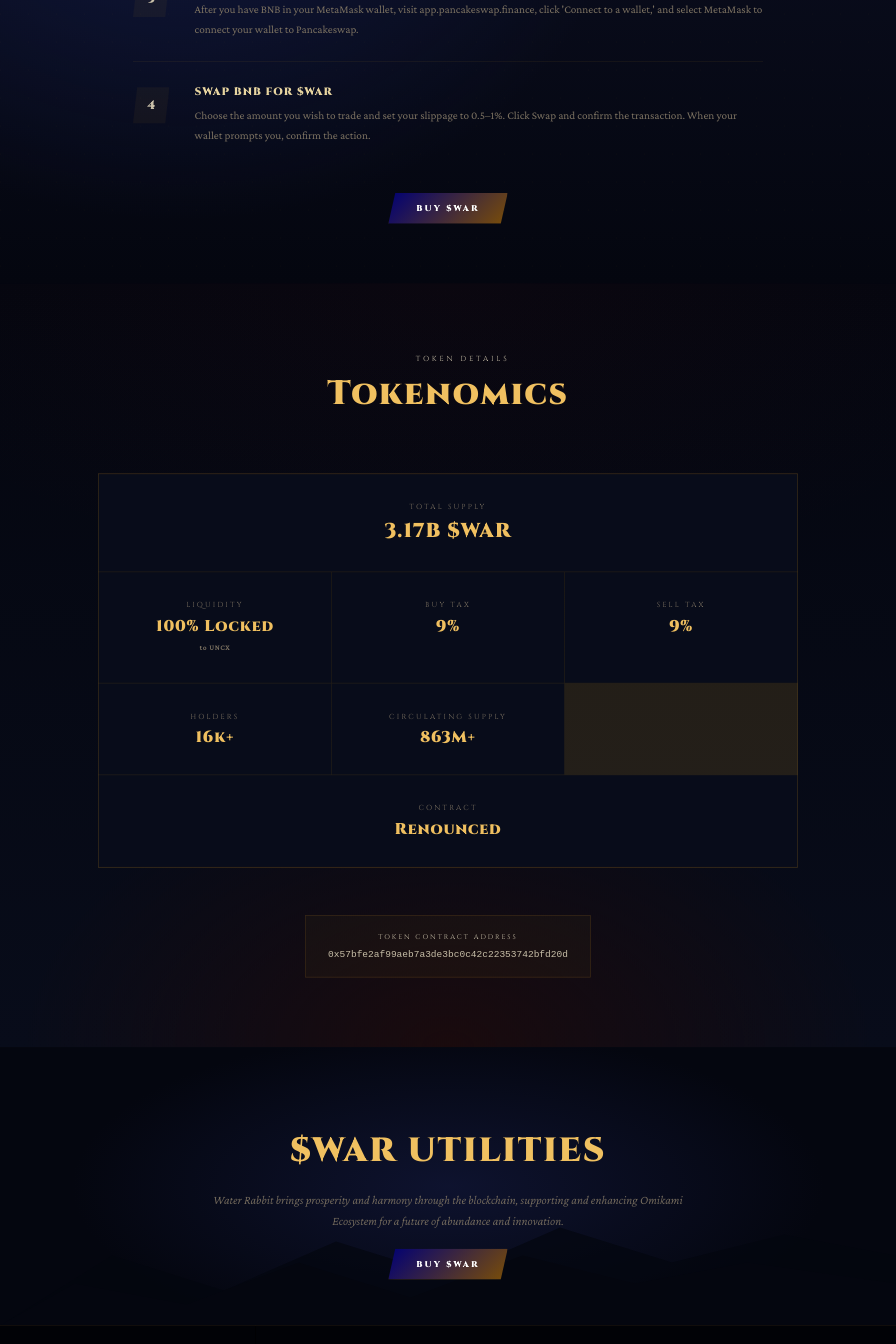
Repository: joshuaonazi/waterrabbit
Page: index.html
The author's editor kept a copy of each file at every save. The page is drawn from the files as they stood at one save, then again after the next save.
The browser window is 1280 px wide. The pictures show the part of the page from y = 2499 to 4419 px (the page is 4485 px tall), at 70% of full size.

Above is the page before, as saved 2026-04-24 21:11:51.

### index.html
<!DOCTYPE html>
<html lang="en">

<head>
    <meta charset="UTF-8" />
    <meta name="viewport" content="width=device-width, initial-scale=1.0" />
    <title>WATER RABBIT</title>
    <link rel="preconnect" href="https://fonts.googleapis.com">
    <link href="https://fonts.googleapis.com/css2?family=Cinzel:wght@400;600;900&family=Crimson+Pro:ital,wght@0,300;0,400;1,300&display=swap" rel="stylesheet">
    <link rel="stylesheet" href="styles.css">
</head>

<body>

    <!-- NAVBAR -->
    <nav>
        <a href="#" class="nav-logo">
            <img src="/assets/Rabbit.png" alt="Water Rabbit Logo" />
        </a>
        <ul class="nav-links">
            <li><a href="#about">About</a></li>
            <li><a href="#buy">How to Buy</a></li>
            <li><a href="#tokenomics">Tokenomics</a></li>
            <li><a href="#footer-cta">Utilities</a></li>
            <li><a href="/assets/Water-Rabbit-English-wp.pdf" target="_blank">Whitepaper</a></li>
        </ul>
        <a href="https://pancakeswap.finance/swap?outputCurrency=0x57bfe2af99aeb7a3de3bc0c42c22353742bfd20d" target="_blank" class="btn-buy">Buy Now</a>
        <button class="hamburger" aria-label="Toggle menu">
            <span></span>
            <span></span>
            <span></span>
        </button>
    </nav>

    <!-- HERO -->
    <section id="hero">
        <div class="hero-sky"></div>
        <div class="stars"></div>
        <div class="moon"></div>
        <div class="hero-coin"></div>

        <!-- Mountain silhouettes -->
        <div class="mountains">
            <svg viewBox="0 0 1440 400" xmlns="http://www.w3.org/2000/svg" preserveAspectRatio="none" style="width:100%;height:100%;position:absolute;bottom:0;">
      <defs>
        <linearGradient id="mtn1" x1="0" y1="0" x2="0" y2="1">
          <stop offset="0%" stop-color="#0f1a2e"/>
          <stop offset="100%" stop-color="#070c18"/>
        </linearGradient>
        <linearGradient id="mtn2" x1="0" y1="0" x2="0" y2="1">
          <stop offset="0%" stop-color="#0a1220"/>
          <stop offset="100%" stop-color="#04060f"/>
        </linearGradient>
        <linearGradient id="mtn3" x1="0" y1="0" x2="0" y2="1">
          <stop offset="0%" stop-color="#060d1a"/>
          <stop offset="100%" stop-color="#04060f"/>
        </linearGradient>
      </defs>
      <!-- Far mountains -->
      <polygon points="0,400 200,180 380,280 560,150 720,240 900,120 1100,200 1280,160 1440,220 1440,400" fill="url(#mtn1)" opacity="0.6"/>
      <!-- Mid mountains -->
      <polygon points="0,400 150,250 350,320 500,210 680,300 820,180 1000,260 1200,190 1440,270 1440,400" fill="url(#mtn2)" opacity="0.85"/>
      <!-- Near mountains -->
      <polygon points="0,400 100,310 300,360 450,280 600,350 800,260 1000,330 1200,280 1440,320 1440,400" fill="url(#mtn3)"/>
      <!-- Ground -->
      <rect x="0" y="380" width="1440" height="20" fill="#04060f"/>
    </svg>
        </div>

        <div class="hero-content">
            <div class="hero-eyebrow">Guardian of Omikami Ecosystem</div>
            <h1 class="hero-title">Water Rabbit</h1>
            <p class="hero-subtitle">Dragon of the Blockchain</p>
            <p class="hero-desc">
                Water Rabbit brings prosperity and harmony through the blockchain, supporting and enhancing Omikami Ecosystem for a future of abundance and innovation.
            </p>
            <div class="hero-cta-group">
                <a href="https://pancakeswap.finance/swap?outputCurrency=0x57bfe2af99aeb7a3de3bc0c42c22353742bfd20d" target="_blank" class="btn-primary">Buy WAR</a>
                <a href="#about" class="btn-ghost">View Info</a>
            </div>
        </div>
    </section>

    <!-- ABOUT -->
    <section id="about">
        <div class="about-grid">
            <div class="about-text fade-up">
                <div class="section-label">Origins</div>
                <h2 class="section-title">About <br>Water Rabbit</h2>
                <div class="divider"></div>
                <p>
                    Water Rabbit ($WAR) is a deflationary token on Binance Smart Chain, launched in the year 2022 by Shanvere DAO. Its name draws from the Chinese Lunar Calendar (The Year of The Water Rabbit) and the Zodiac Jade Rabbit's symbolism of patience, endurance, and transformation is woven into the project's long-term philosophy.
                </p>
                <p>
                    From its first day, the project positioned itself against the meme-coin stereotype. The core mission is to evolve $WAR into a functioning digital currency — one that operates as a medium of exchange, a store of value, and a unit of account. These are the three classical functions of money. Three years after launching at a $755 market cap, the project is still here, still building, and still on track.
                </p>

                <div class="about-features">
                    <div class="feature-item">
                        <h4>Security Architecture</h4>
                        <p>
                            <li> Ownership Renounced: The deployer wallet permanently surrendered contract control.</li>
                            <li> Liquidity Locked: 99% of the liquidity pool is locked on UNCX.</li>
                            <li> Contract Audited: Independent security review completed with no major issues identified.</li>
                            <li> Verified on BscScan: Full source code is publicly visible. No hidden functions, no backdoors.</li>
                        </p>
                    </div>
                    <div class="feature-item">
                        <h4>No Presale · Zero Taxes · Liquidity Locked</h4>
                        <p>Water Rabbit brings prosperity and harmony through the blockchain, supporting and enhancing Omikami Ecosystem for a future of abundance and innovation.</p>
                    </div>
                </div>
            </div>

            <div class="about-visual fade-up">
                <div class="dragon-orb">
                    <span class="dragon-kanji">龍</span>
                </div>
            </div>
        </div>
    </section>

    <!-- HOW TO BUY -->
    <section id="buy">
        <div class="buy-inner">
            <div class="fade-up">
                <div class="section-label">Step by Step</div>
                <h2 class="section-title">How to Buy Water Rabbit (WAR)<br>on Pancakeswap</h2>
                <div class="divider"></div>
            </div>

            <div class="steps">
                <div class="step fade-up">
                    <div class="step-num">1</div>
                    <div class="step-body">
                        <h3>Create a Wallet</h3>
                        <p>If you don't have one yet, start by creating a MetaMask, TrustWallet, or any preferred wallet. MetaMask allows you to buy, sell, send, and receive $RYU. Ensure to keep your recovery phrase in a safe place.</p>
                    </div>
                </div>
                <div class="step fade-up">
                    <div class="step-num">2</div>
                    <div class="step-body">
                        <h3>Get Some BNB</h3>
                        <p>If your wallet doesn't have BNB, you can purchase it directly through MetaMask, transfer it from another wallet, or buy it on a centralized exchange and then withdraw it to your wallet.</p>
                    </div>
                </div>
                <div class="step fade-up">
                    <div class="step-num">3</div>
                    <div class="step-body">
                        <h3>Go to Pancakeswap</h3>
                        <p>After you have BNB in your MetaMask wallet, visit app.pancakeswap.finance, click 'Connect to a wallet,' and select MetaMask to connect your wallet to Pancakeswap.</p>
                    </div>
                </div>
                <div class="step fade-up">
                    <div class="step-num">4</div>
                    <div class="step-body">
                        <h3>Swap BNB for $WAR</h3>
                        <p>Choose the amount you wish to trade and set your slippage to 0.5–1%. Click Swap and confirm the transaction. When your wallet prompts you, confirm the action.</p>
                    </div>
                </div>
            </div>

            <div class="buy-cta fade-up">
                <a href="https://pancakeswap.finance/swap?outputCurrency=0x57bfe2af99aeb7a3de3bc0c42c22353742bfd20d" target="_blank" class="btn-primary">Buy $WAR</a>
            </div>
        </div>
    </section>

    <!-- TOKENOMICS -->
    <section id="tokenomics">
        <div class="token-inner fade-up">
            <div class="section-label" style="justify-content:center;">Token Details</div>
            <h2 class="section-title">Tokenomics</h2>
            <div class="divider" style="margin:0 auto 0;"></div>

            <div class="token-grid">
                <div class="token-cell token-supply">
                    <div class="token-label">Total Supply</div>
                    <div class="token-value">3.17B $WAR</div>
                </div>
                <div class="token-cell">
                    <div class="token-label">Liquidity</div>
                    <div class="token-value">100% Locked<br><small style="font-size:0.65rem;color:var(--text-dim);font-family:'Crimson Pro',serif;">to UNCX</small></div>
                </div>
                <div class="token-cell">
                    <div class="token-label">Buy Tax</div>
                    <div class="token-value">9%</div>
                </div>
                <div class="token-cell">
                    <div class="token-label">Sell Tax</div>
                    <div class="token-value">9%</div>
                </div>
                <div class="token-cell">
                    <div class="token-label">Holders</div>
                    <div class="token-value">16k+</div>
                </div>
                <div class="token-cell">
                    <div class="token-label">Circulating Supply</div>
                    <div class="token-value">863M+</div>
                </div>
                <div class="token-cell" style="grid-column:span 3;">
                    <div class="token-label">Contract</div>
                    <div class="token-value">Renounced</div>
                </div>
            </div>

            <div class="token-address">
                <div class="addr-label">Token Contract Address</div>
                <code>0x57bfe2af99aeb7a3de3bc0c42c22353742bfd20d</code>
            </div>
        </div>
    </section>

    <!-- FOOTER CTA -->
    <section id="footer-cta">
        <div class="footer-mountains">
            <svg viewBox="0 0 1440 200" xmlns="http://www.w3.org/2000/svg" preserveAspectRatio="none" style="width:100%;height:100%;position:absolute;bottom:0;">
      <polygon points="0,200 180,100 360,150 540,80 720,130 900,60 1080,110 1260,70 1440,100 1440,200" fill="#04060f" opacity="0.7"/>
      <polygon points="0,200 120,140 300,170 480,110 660,160 840,100 1020,140 1200,110 1440,140 1440,200" fill="#04060f"/>
    </svg>
        </div>

        <div class="footer-cta-content fade-up">
            <h2 class="section-title">$WAR UTILITIES</h2>
            <p>Water Rabbit brings prosperity and harmony through the blockchain, supporting and enhancing Omikami Ecosystem for a future of abundance and innovation.</p>
            <a href="https://pancakeswap.finance/swap?outputCurrency=0x57bfe2af99aeb7a3de3bc0c42c22353742bfd20d" target="_blank" class="btn-primary">Buy $WAR</a>
        </div>
    </section>

    <!-- FOOTER -->
    <footer>
        <a href="#" class="footer-logo">
            <div class="logo-icon"></div>
            Water Rabbit
        </a>
        <span class="footer-copy">Copyright &copy; Water Rabbit. All Rights Reserved.</span>
        <ul class="footer-links">
            <li><a href="#about">About</a></li>
            <li><a href="#buy">How to Buy</a></li>
            <li><a href="#tokenomics">Tokenomics</a></li>
            <li><a href="#footer-cta">Utilities</a></li>
            <li><a href="#">Terms of Use</a></li>
            <li><a href="#">Contact</a></li>
        </ul>
    </footer>

    <script src="index.js"></script>
</body>

</html>

Loaded but not shown: index.js (29 lines, source omitted); styles.css (876 lines, source omitted)

After the next save:
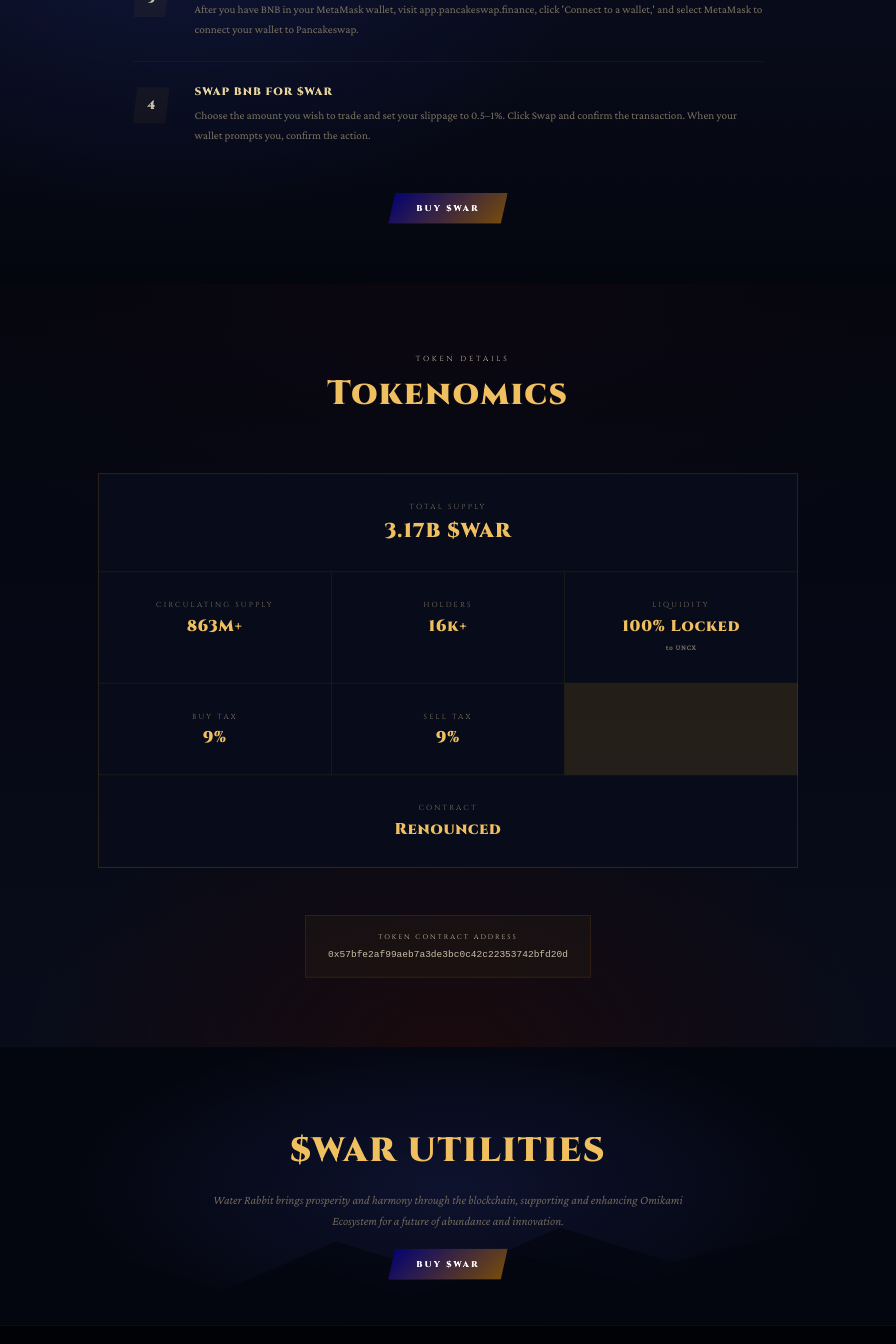
Saved 115 s later.
--- a/index.html
+++ b/index.html
@@ -179,6 +179,14 @@
                     <div class="token-value">3.17B $WAR</div>
                 </div>
                 <div class="token-cell">
+                    <div class="token-label">Circulating Supply</div>
+                    <div class="token-value">863M+</div>
+                </div>
+                <div class="token-cell">
+                    <div class="token-label">Holders</div>
+                    <div class="token-value">16k+</div>
+                </div>
+                <div class="token-cell">
                     <div class="token-label">Liquidity</div>
                     <div class="token-value">100% Locked<br><small style="font-size:0.65rem;color:var(--text-dim);font-family:'Crimson Pro',serif;">to UNCX</small></div>
                 </div>
@@ -189,14 +197,6 @@
                 <div class="token-cell">
                     <div class="token-label">Sell Tax</div>
                     <div class="token-value">9%</div>
-                </div>
-                <div class="token-cell">
-                    <div class="token-label">Holders</div>
-                    <div class="token-value">16k+</div>
-                </div>
-                <div class="token-cell">
-                    <div class="token-label">Circulating Supply</div>
-                    <div class="token-value">863M+</div>
                 </div>
                 <div class="token-cell" style="grid-column:span 3;">
                     <div class="token-label">Contract</div>
